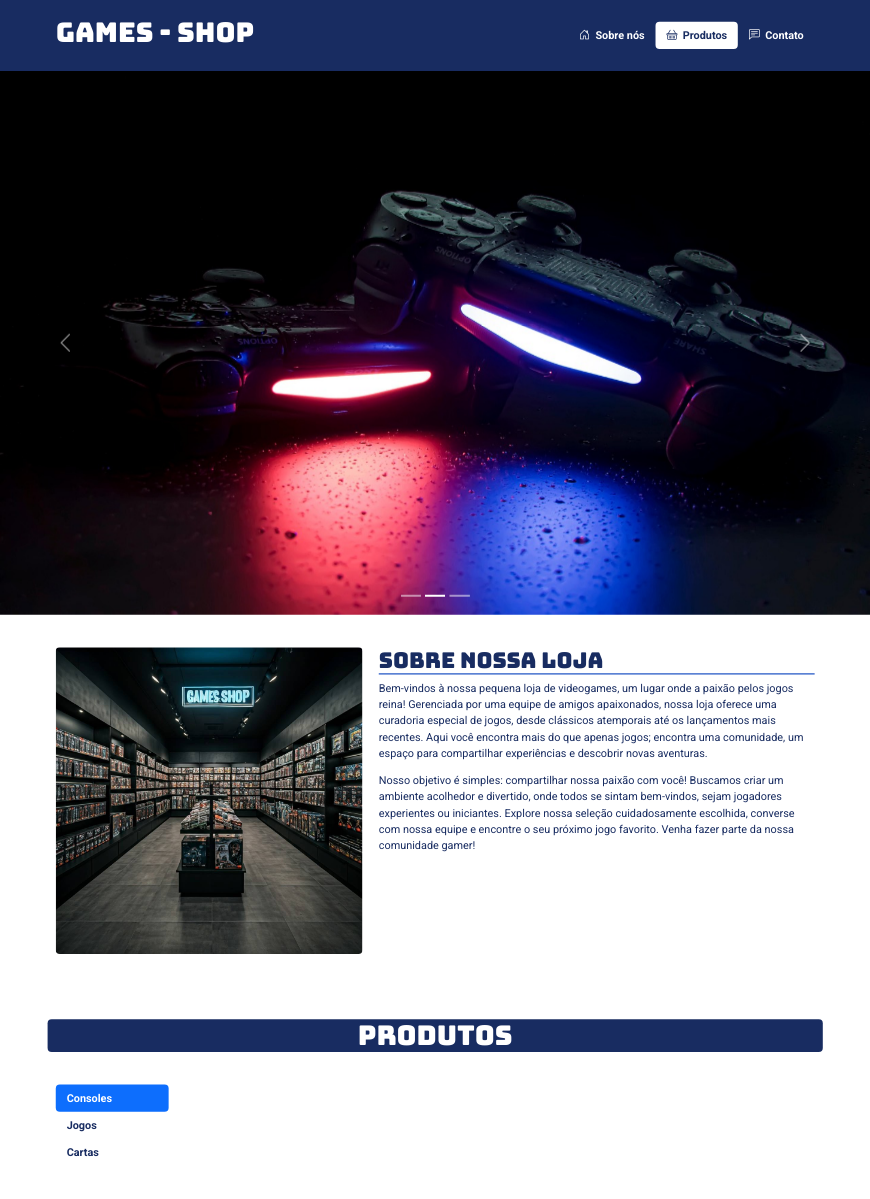
Repository: MatiasBrighent/GamesShop-Bootstrap
Page: index.html
An editor plug-in stored every save of this project. The page is shown before and after the next save, followed by the edit.
The browser window is 1280 px wide. The pictures show the whole page, at 68% of full size.

Above is the page before, as saved 2025-06-20 15:10:58.

After the next save:
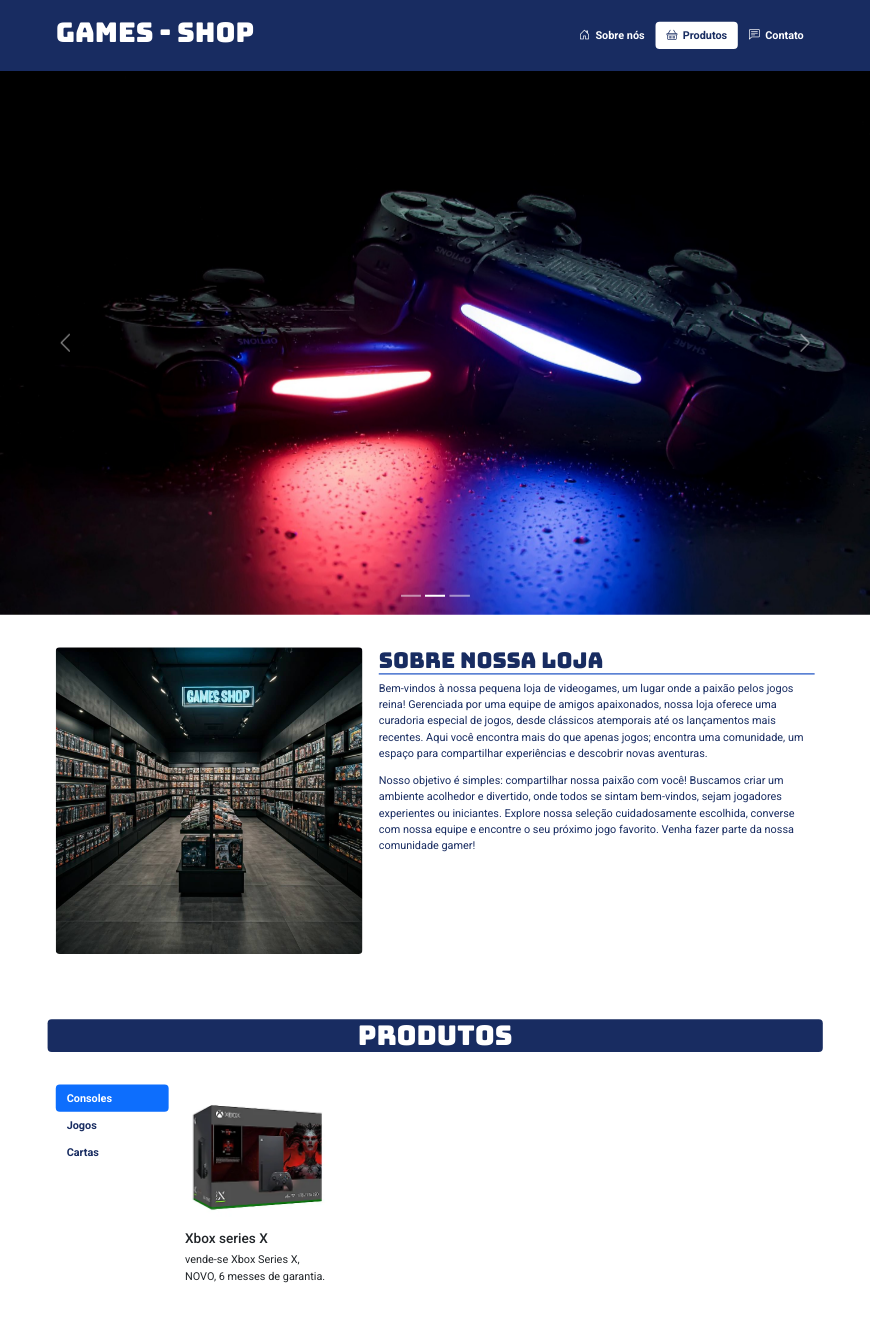
Saved 5 min 9 s later.
--- a/index.html
+++ b/index.html
@@ -99,6 +99,21 @@
                             <button type="button" data-bs-toggle="tab" data-bs-target="#" class="fw-bold text-start nav-link text-colored">Cartas</button>
                         </nav>
                     </aside>
+                    <div class="col-md-10">
+                        <div class="tab-content">
+                            <div class="tab-pane active" id="consoles">
+                                <div class="row">
+                                    <div class="col-md-3">
+                                        <img src="./images/produtos/consoles/Series X.webp" alt="Xbox Series X" class="img-fluid rounded">
+                                        <h5>Xbox series X</h5>
+                                        <p>
+                                            vende-se Xbox Series X, NOVO, 6 messes de garantia.
+                                        </p>
+                                    </div>
+                                </div>
+                            </div>
+                        </div>
+                    </div>
                 </div>
 
             </div>
